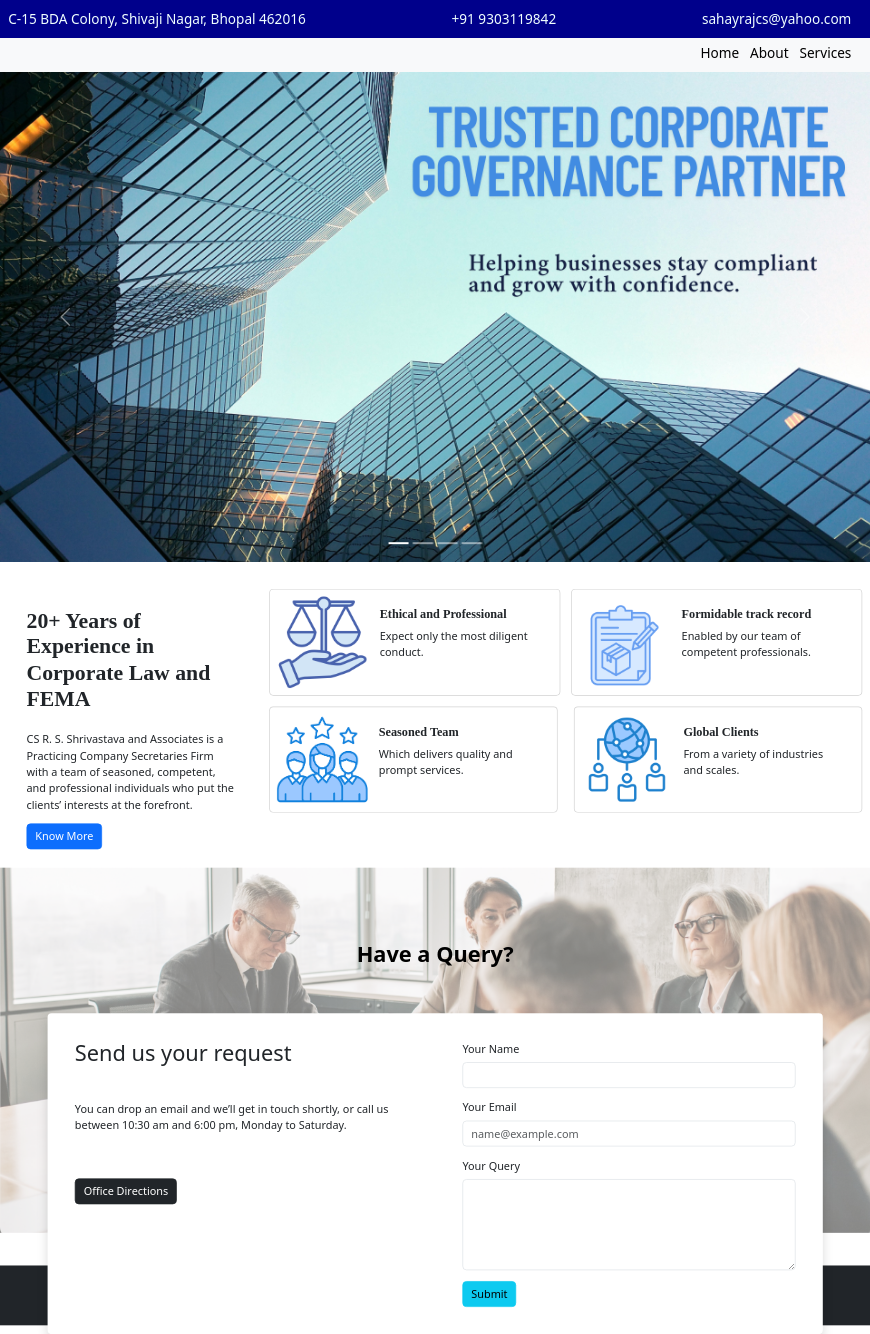
Repository: aayushiss/CS-RSS
Page: index.html
The author's editor kept a copy of each file at every save. The page is drawn from the files as they stood at one save, then again after the next save.
The browser window is 1280 px wide. The pictures show the whole page, at 68% of full size.

Above is the page before, as saved 2025-05-15 19:47:25.

### index.html
<!DOCTYPE html>
<html lang="en">

<head>
  <meta charset="UTF-8">
  <meta name="viewport" content="width=device-width, initial-scale=1.0">
  <title>R. S. Shrivastava</title>
  <link href="https://cdn.jsdelivr.net/npm/bootstrap@5.3.3/dist/css/bootstrap.min.css" rel="stylesheet"
    integrity="sha384-QWTKZyjpPEjISv5WaRU9OFeRpok6YctnYmDr5pNlyT2bRjXh0JMhjY6hW+ALEwIH" crossorigin="anonymous">
  <link rel="stylesheet" type="text/css" href="style.css">
</head>

<body>
  <nav class="navbar fixed-top custom-navbar">
    <div class="container-fluid d-flex justify-content-between">
      <a class="navbar-brand"
        href="https://www.google.com/maps/place/R+S+SHRIVASTAVA+%26+ASSOCIATES/@23.2288499,77.4244091,17z/data=!3m1!4b1!4m6!3m5!1s0x397c425fada83073:0xcb1e8ba90a487f4e!8m2!3d23.228845!4d77.426984!16s%2Fg%2F1td0r8v9?entry=ttu&g_ep=EgoyMDI1MDUxMi4wIKXMDSoASAFQAw%3D%3D"
        target="_blank">C-15 BDA Colony, Shivaji Nagar, Bhopal 462016</a>
      <a class="navbar-brand" href="" tel:+919303119842"">+91 9303119842</a>
      <a class="navbar-brand" href="mailto:sahayrajcs@yahoo.com">sahayrajcs@yahoo.com</a>
    </div>
  </nav>
  <div class="navbar-space"></div>

  <nav class="navbar sticky-top second-navbar bg-light">
    <div class="container-fluid d-flex justify-content-end">
      <a class="navbar-brand" href="index.html">Home</a>
      <a class="navbar-brand" href="about.html">About</a>
      <a class="navbar-brand" href="#">Services</a>
    </div>
  </nav>

  <div id="carouselExampleCaptions" class="carousel slide">
    <div class="carousel-indicators">
      <button type="button" data-bs-target="#carouselExampleCaptions" data-bs-slide-to="0" class="active"
        aria-current="true" aria-label="Slide 1"></button>
      <button type="button" data-bs-target="#carouselExampleCaptions" data-bs-slide-to="1"
        aria-label="Slide 2"></button>
      <button type="button" data-bs-target="#carouselExampleCaptions" data-bs-slide-to="2"
        aria-label="Slide 3"></button>
      <button type="button" data-bs-target="#carouselExampleCaptions" data-bs-slide-to="3"
        aria-label="Slide 4"></button>
    </div>
    <div class="carousel-inner">
      <div class="carousel-item active">
        <img src="images/Trusted corporate governance partner.png" class="d-block w-100" alt="...">
        <div class="carousel-caption d-none d-md-block">
          <!-- <h5>First slide label</h5>
              <p>Some representative placeholder content for the first slide.</p> -->
        </div>
      </div>
      <div class="carousel-item">
        <img src="images/LegalConsultancy.png" class="d-block w-100" alt="...">
      </div>
      <div class="carousel-item">
        <img src="images/companyIncorporation.png" class="d-block w-100" alt="...">
      </div>
      <div class="carousel-item">
        <img src="images/annualFilingReturn.png" class="d-block w-100" alt="...">
      </div>
    </div>
    <button class="carousel-control-prev" type="button" data-bs-target="#carouselExampleCaptions" data-bs-slide="prev">
      <span class="carousel-control-prev-icon" aria-hidden="true"></span>
      <span class="visually-hidden">Previous</span>
    </button>
    <button class="carousel-control-next" type="button" data-bs-target="#carouselExampleCaptions" data-bs-slide="next">
      <span class="carousel-control-next-icon" aria-hidden="true"></span>
      <span class="visually-hidden">Next</span>
    </button>
  </div>
  <div class="container-fluid" style="margin-top: 40px;">

    <div class="row">
      <div class="col-auto" style="width: 30vw;">
        <div class="card" style="border-color: white;">
          <div class="card-body">
            <h5 class="card-title">20+ Years of
              Experience in Corporate Law and FEMA</h5>
            <p class="card-text" style="padding-top: 20px">CS R. S. Shrivastava and Associates is a Practicing Company
              Secretaries Firm with a team of seasoned, competent, and professional individuals who put the clients’
              interests at the forefront.</p>
            <a href="about.html" class="btn btn-primary">Know More</a>
          </div>
        </div>
      </div>
      <div class="col">
        <div class="row row-cols-2 g-3">
          <div class="col">
            <div class="card mb-3">
              <div class="row g-0">
                <div class="col-md-4">
                  <img src="images/8629542.png" class="img-fluid rounded-start" alt="...">
                </div>
                <div class="col-md-8">
                  <div class="card-body">
                    <h5 class="card-title">Ethical and Professional</h5>
                    <p class="card-text">Expect only the most diligent conduct.</p>
                  </div>
                </div>
              </div>
            </div>
          </div>
          <div class="col">
            <div class="card mb-3">
              <div class="row g-0">
                <div class="col-md-4">
                  <img src="images/16919209.png" class="img-fluid rounded-start" alt="...">
                </div>
                <div class="col-md-8">
                  <div class="card-body">
                    <h5 class="card-title">Formidable track record</h5>
                    <p class="card-text">Enabled by our team of competent professionals.</p>
                  </div>
                </div>
              </div>
            </div>
          </div>
        </div>
        <div class="row">
          <div class="col">
            <div class="card mb-3">
              <div class="row g-0">
                <div class="col-md-4">
                  <img src="images/images.png" class="img-fluid rounded-start" alt="...">
                </div>
                <div class="col-md-8">
                  <div class="card-body">
                    <h5 class="card-title">Seasoned Team
                    </h5>
                    <p class="card-text">Which delivers quality and prompt services.</p>
                  </div>
                </div>
              </div>
            </div>
          </div>
          <div class="col">
            <div class="card mb-3">
              <div class="row g-0">
                <div class="col-md-4">
                  <img src="images/11743537.png" class="img-fluid rounded-start" alt="...">
                </div>
                <div class="col-md-8">
                  <div class="card-body">
                    <h5 class="card-title">Global Clients
                    </h5>
                    <p class="card-text">From a variety of industries and scales.</p>
                  </div>
                </div>
              </div>
            </div>
          </div>
        </div>
      </div>
    </div>
  </div>

  <div class="position-relative">
    <img src="images/haveAQuery.jpg" class="img-fluid" alt="..." style="opacity: .5;">
    <h2 class="position-absolute start-50 translate-middle-x text-black fw-bold" style="top: 20%;">
      Have a Query?
    </h2>

    <div class="container-md position-absolute start-50 translate-middle-x" style="top: 40%;">
      <div class="row bg-white rounded shadow">
        <div class="col" style="padding: 40px;">
          <h2>Send us your request</h2>
          <p style="margin-top: 50px;">
            You can drop an email and we’ll get in touch shortly, or call us between 10:30 am and 6:00 pm, Monday to
            Saturday.
          </p>
          <div class="btn btn-dark" style="margin-top: 50px;">
            <a href="https://www.google.com/maps/place/R+S+SHRIVASTAVA+%26+ASSOCIATES/@23.2288499,77.4244091,17z/data=!3m1!4b1!4m6!3m5!1s0x397c425fada83073:0xcb1e8ba90a487f4e!8m2!3d23.228845!4d77.426984!16s%2Fg%2F1td0r8v9?entry=ttu&g_ep=EgoyMDI1MDUxMi4wIKXMDSoASAFQAw%3D%3D"
              style="color: white; text-decoration: none; padding-top: 20px;" target="_blank">Office Directions</a>
          </div>
        </div>
        <div class="col" style="padding: 40px;">
          <div class="mb-3">
            <label for="formControlInput1" class="form-label">Your Name</label>
            <input class="form-control" id="ƒormControlInput1">
          </div>
          <div class="mb-3">
            <label for="formControlTextarea1" class="form-label">Your Email</label>
            <input type="email" class="form-control" id="formControlInput1" placeholder="name@example.com">
          </div>
          <div class="mb-3">
            <label for="formControlTextarea2" class="form-label">Your Query</label>
            <textarea class="form-control" id="exampleFormControlTextarea1" rows="5"></textarea>
          </div>
          <div class="btn btn-info">Submit</div>

        </div>
      </div>
    </div>
  </div>
  </div>
  <footer class="bg-dark text-white text-center py-4 mt-5">
    <p>&copy; 2025 CS R. S. Shrivastava and Associates. All rights reserved.</p>
  </footer>

  <script src="https://cdn.jsdelivr.net/npm/bootstrap@5.3.3/dist/js/bootstrap.bundle.min.js"
    integrity="sha384-YvpcrYf0tY3lHB60NNkmXc5s9fDVZLESaAA55NDzOxhy9GkcIdslK1eN7N6jIeHz"
    crossorigin="anonymous"></script>
</body>

</html>

### style.css
.custom-navbar {
    background-color: darkblue;
}

.custom-navbar .navbar-brand {
    color: azure;
}

.navbar-space {
    margin-top: 50px;
}

.second-navbar .navbar-brand{
    color: black;
}

.custom-card{
    height: 25vh;
}

.custom-card .card-img{
    height: 100%;
    object-fit: cover;
}

.container-fluid .card{
    padding: 10px;
}
.container-fluid .card-title{
font-family: 'Times New Roman', Times, serif;
font-weight: bold;
font-size: xx-large;
}

.container-fluid .col-md-8 .card-title{
font-family: 'Times New Roman', Times, serif;
font-size: large;
}

After the next save:
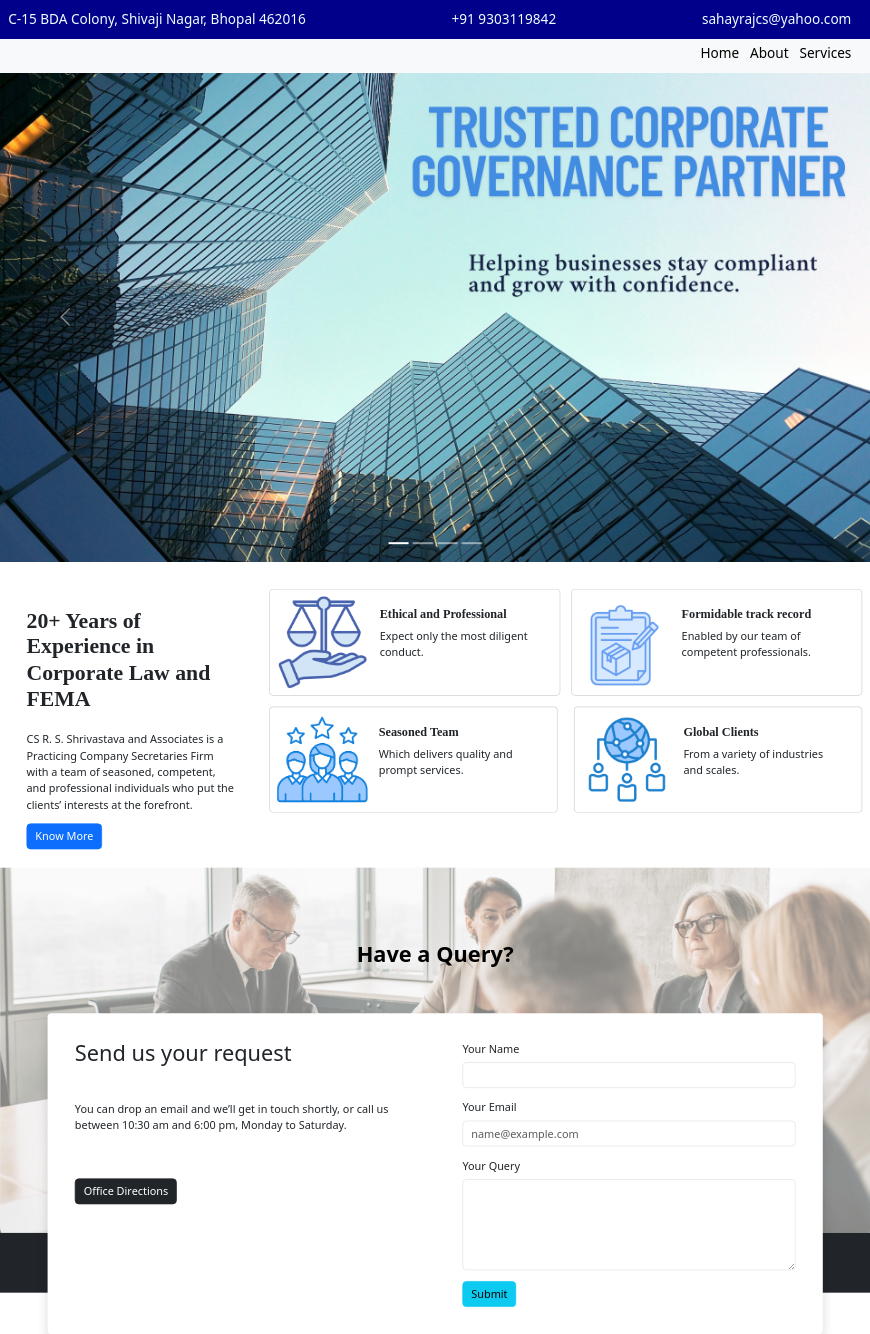
Saved 12 min 29 s later.
--- a/index.html
+++ b/index.html
@@ -193,7 +193,7 @@
     </div>
   </div>
   </div>
-  <footer class="bg-dark text-white text-center py-4 mt-5">
+  <footer class="bg-dark text-white text-center py-4 mt-10">
     <p>&copy; 2025 CS R. S. Shrivastava and Associates. All rights reserved.</p>
   </footer>
 

After the 3 saves that followed:
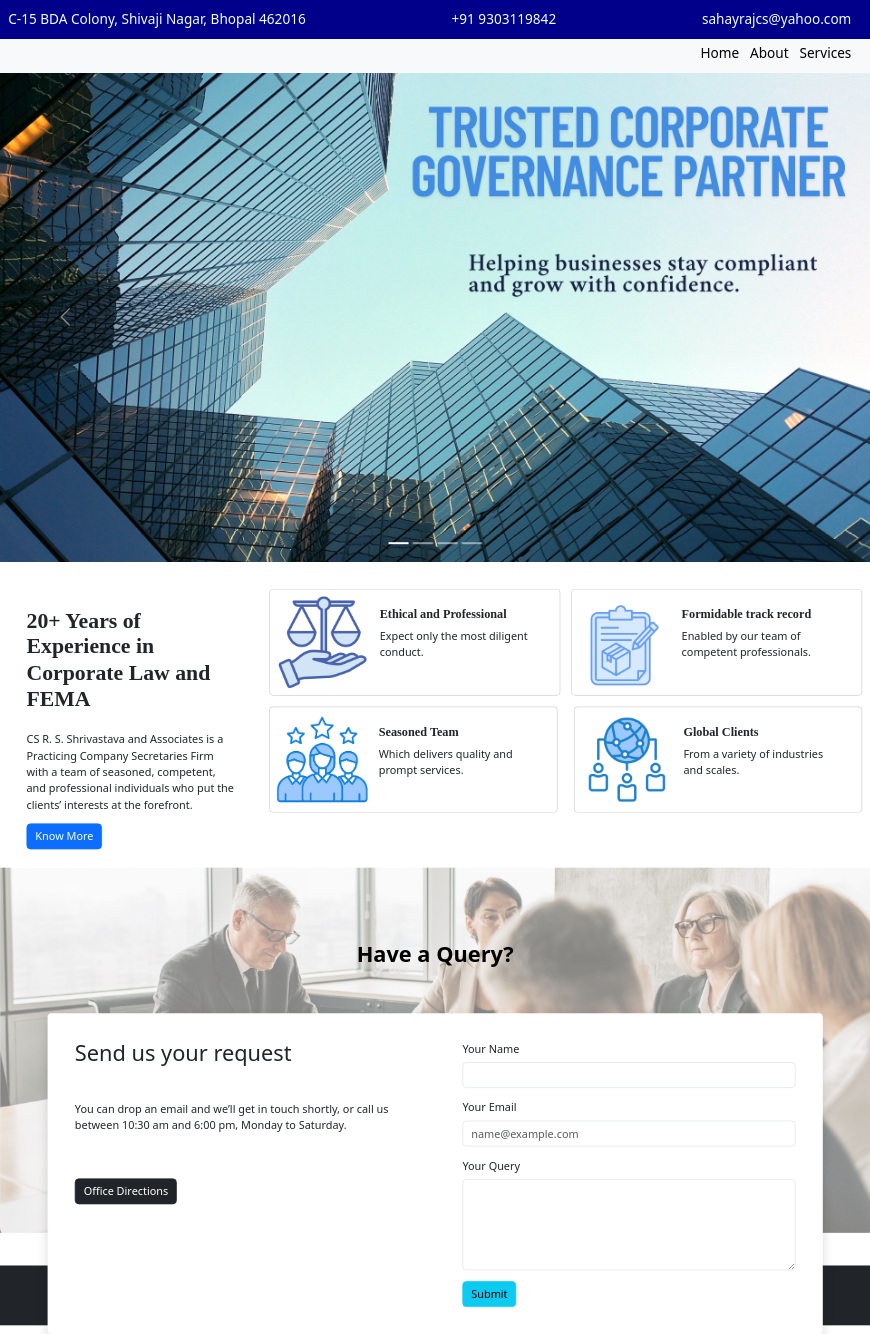
The 3 saves are shown as one change because 2 left the picture as it was.
The last was saved 53 s later.
--- a/index.html
+++ b/index.html
@@ -193,7 +193,7 @@
     </div>
   </div>
   </div>
-  <footer class="bg-dark text-white text-center py-4 mt-10">
+  <footer class="bg-dark text-white text-center py-4 mt-5">
     <p>&copy; 2025 CS R. S. Shrivastava and Associates. All rights reserved.</p>
   </footer>
 
